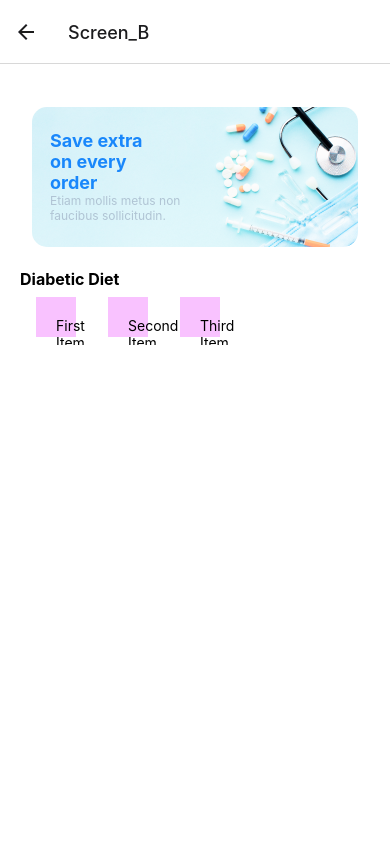
Repository: ntu34543/designReactNative
Screen: /Screen_B
These files come from the project's save history. The screen is drawn as it stood at one moment and after the next save; the edit follows.
The app was drawn by React Native's web renderer in a window 390 px wide. The project was rebuilt for these pictures with package versions that can differ from the ones it lists, and the page was loaded fresh each time.

Above is the screen before, as saved 2022-10-21 15:28:50.

### App.js
import { StatusBar } from "expo-status-bar";
import { StyleSheet, Text, View, Pressable, TabBarIOSItem } from "react-native";
import { NavigationContainer } from "@react-navigation/native";
import { createStackNavigator } from "@react-navigation/stack";
import ScreenA from "./page/Home";
import ScreenB from "./page/DiabetesCare";
import FontAwesome5 from "react-native-vector-icons/FontAwesome5";

const Stack = createStackNavigator();
const Tab = createStackNavigator();
export default function App() {
  return (
    <NavigationContainer>
      <Tab.Navigator
        // screenOptions={{ header: () => null }}
        screenOptions={({ route }) => ({
          tabBarIcon: ({ focused, size, color }) => {
            let iconName;
            if (route.name === "Screen_A") {
              iconName = "autoprefixer";
              size = focused ? 25 : 20;
              // color = focused ? "#f0f" : "#555";
            } else if (route.name === "Screen_B") {
              iconName = "btc";
              size = focused ? 25 : 20;
              // color = focused ? "#f0f" : "#555";
            }
            return <FontAwesome5 name={iconName} size={size} color={color} />;
          },
        })}
        tabBarOptions={{
          activeTintColor: "#f0f",
          inactiveTintColor: "#555",
          inactiveBackgroundColor: "#999",
          showLabel: true,
          labelStyle: { fontSize: 14 },
        }}
      >
        <Tab.Screen
          name="Screen_A"
          component={ScreenA}
          options={{ tabBarBadge: 3 }}
        />
        {/* options={{header: () => null}} */}
        <Tab.Screen name="Screen_B" component={ScreenB} />
      </Tab.Navigator>
    </NavigationContainer>
  );
}

### page/Home.js
import { StatusBar } from "expo-status-bar";
import { StyleSheet, Text, View, Pressable } from "react-native";

export default function ScreenA({ navigation }) {
  const onPressHandler = () => {
    navigation.navigate("Screen_B");
    // navigation.replace("Screen_B");
  };
  return (
    <View style={styles.body}>
      <Text style={styles.text}>Screen A</Text>
      <Pressable
        onPress={onPressHandler}
        style={({ pressed }) => ({
          backgroundColor: pressed ? "#ddd" : "#0f0",
        })}
      >
        <Text style={styles.text}>Go to the Screen B</Text>
      </Pressable>
    </View>
  );
}

const styles = StyleSheet.create({
  body: {
    flex: 1,
    justifyContent: "center",
    alignItems: "center",
  },
  text: {
    fontSize: 30,
    fontWeight: "bold",
  },
});

### page/DiabetesCare.js
import { useState } from "react";
import { StatusBar } from "expo-status-bar";
import {
  StyleSheet,
  Text,
  View,
  Pressable,
  Image,
  ScrollView,
  FlatList,
  SafeAreaView,
} from "react-native";

export default function ScreenB({ navigation }) {
  const DATA = [
    {
      id: "bd7acbea-c1b1-46c2-aed5-3ad53abb28ba",
      title: "First Item",
    },
    {
      id: "3ac68afc-c605-48d3-a4f8-fbd91aa97f63",
      title: "Second Item",
    },
    {
      id: "58694a0f-3da1-471f-bd96-145571e29d72",
      title: "Third Item",
    },
  ];

  const Item = ({ title }) => (
    <View style={styles.item}>
      <Text style={styles.title}>{title}</Text>
    </View>
  );
  const renderItem = ({ item }) => <Item title={item.title} />;

  const onPressHandler = () => {
    navigation.navigate("Screen_A");
    // navigation.goBack();
  };
  return (
    <View style={styles.body}>
      <View style={styles.banner}>
        <View style={styles.imgHeader}>
          <Image
            style={styles.image}
            source={require("../assets/img/banner.png")}
          />
        </View>
        <View style={styles.title}>
          <Text style={styles.title1}>Save extra on every order</Text>
          <Text style={styles.title2}>
            Etiam mollis metus non faucibus sollicitudin.{" "}
          </Text>
        </View>
      </View>
      <View style={styles.topPro}>
        <Text style={styles.title3}>Diabetic Diet</Text>
        <SafeAreaView>
          <FlatList
            data={DATA}
            renderItem={renderItem}
            keyExtractor={(item) => item.id}
            horizontal
          />
        </SafeAreaView>
      </View>
    </View>
  );
}

const styles = StyleSheet.create({
  body: {
    flex: 1,
    backgroundColor: "white",
    padding: 20,
  },
  text: {
    fontSize: 30,
    fontWeight: "bold",
  },
  banner: {
    justifyContent: "center",
    alignItems: "center",
    // marginTop: 100,
    flex: 1,
  },
  imgHeader: {
    position: "absolute",
  },
  title: {
    position: "absolute",
    paddingRight: 120,
  },
  title1: {
    color: "#1987FB",
    fontSize: 18,
    width: 110,
    fontWeight: "bold",
  },
  title2: {
    fontSize: 12,
    width: 170,
    fontWeight: "light",
    color: "#b0c4d4",
  },
  image: {
    borderRadius: 15,
  },
  topPro: {
    flex: 3,
  },
  title3: {
    position: "relative",
    fontSize: 16,
    fontWeight: "bold",
  },
  item: {
    backgroundColor: '#f9c2ff',
    padding: 20,
    marginVertical: 8,
    marginHorizontal: 16,
  },
});

After the next save:
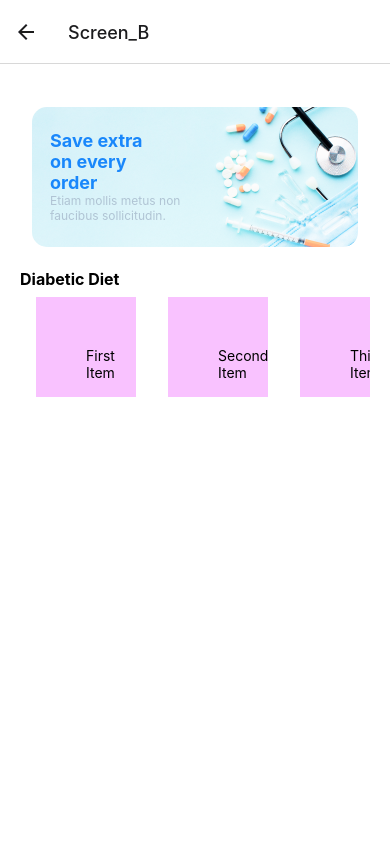
Saved 16 s later.
--- a/page/DiabetesCare.js
+++ b/page/DiabetesCare.js
@@ -117,7 +117,7 @@ const styles = StyleSheet.create({
   },
   item: {
     backgroundColor: '#f9c2ff',
-    padding: 20,
+    padding: 50,
     marginVertical: 8,
     marginHorizontal: 16,
   },
